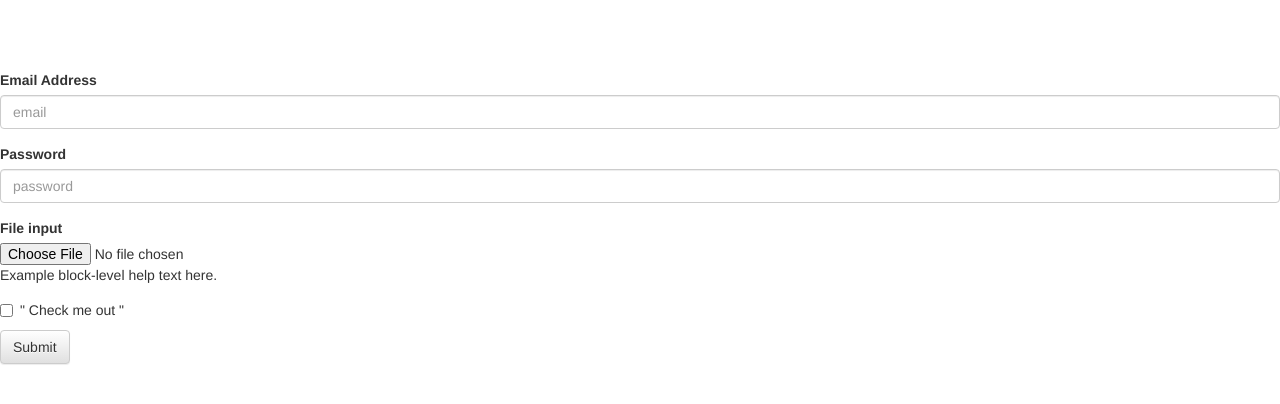
Repository: Echo-Jiang/Echo-Jiang.github.io
Page: test.5.html
The author's editor kept a record of every edit. The page is drawn from the files as they stood at one moment, then again after the next edit.
The browser window is 1280 px wide. The pictures show the whole page.

Above is the page before.

### test.5.html
<!DOCTYPE html>
<html lang="zh-CN">
  <head>
    <meta charset="utf-8">
    <meta http-equiv="X-UA-Compatible" content="IE=edge">
    <meta name="viewport" content="width=device-width, initial-scale=1">
    <!-- 上述3个meta标签*必须*放在最前面，任何其他内容都*必须*跟随其后！ -->
    <meta name="description" content="">
    <meta name="author" content="">
    <link rel="icon" href="../../favicon.ico">

    <title>Theme Template for Bootstrap</title>

    <!-- Bootstrap core CSS -->
    <link href="css/bootstrap.min.css" rel="stylesheet">
    <!-- Bootstrap theme -->
    <link href="css/bootstrap-theme.min.css" rel="stylesheet">

    <!-- Custom styles for this template -->
    <link href="theme.css" rel="stylesheet">

    <!-- HTML5 shim and Respond.js for IE8 support of HTML5 elements and media queries -->
    <!--[if lt IE 9]>
      <script src="https://cdn.bootcss.com/html5shiv/3.7.3/html5shiv.min.js"></script>
      <script src="https://cdn.bootcss.com/respond.js/1.4.2/respond.min.js"></script>
    <![endif]-->
  </head>

  <body>
    <form>
      <div class="form-group">
        <label for="exampleInputEamil1">Email Address</label>
        <input type="emali" class="form-control" id="exampleInputEamil1" placeholder="email">
      </div>
      <div class="form-group">
        <label for="exampleInputPassword1">Password</label>
        <input type="password" class="form-control" id="exampleInputPassword1" placeholder="password">
      </div>
      <div class="form-group">
        <label for="exampleInputFile">File input</label>
        <input type="file" id="exampleInputFile">
        <p class="helpblock">Example block-level help text here.</p>
      </div>
      <div class="checkbox">
        <label>
          <input type="checkbox">" Check me out "</type>
        </label>
      </div>
        <button type="submit" class="btn btn-default">Submit</button>
    </form>


    <script src="js/jquery.min.js"></script>
    <script src="js/bootstrap.min.js"></script>
    <script src="js/docs.min.js"></script>

  </body>
</html>

Loaded but not shown: css/bootstrap.min.css (library); css/bootstrap-theme.min.css (library); css/theme.css (common file); js/jquery.min.js (library); js/bootstrap.min.js (library); js/docs.min.js (library)

After the next edit:
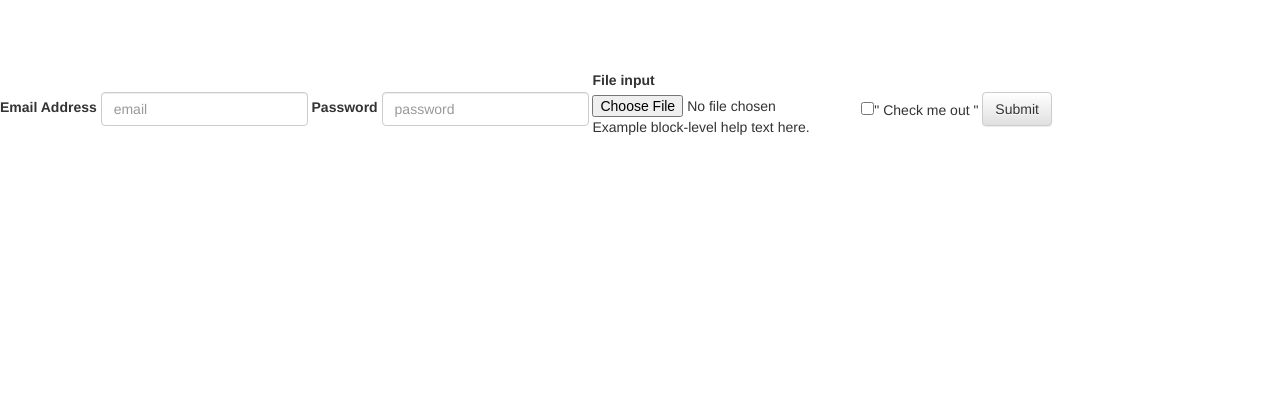
The edit:
--- a/test.5.html
+++ b/test.5.html
@@ -27,7 +27,7 @@
   </head>
 
   <body>
-    <form>
+    <form class="form-inline">
       <div class="form-group">
         <label for="exampleInputEamil1">Email Address</label>
         <input type="emali" class="form-control" id="exampleInputEamil1" placeholder="email">
